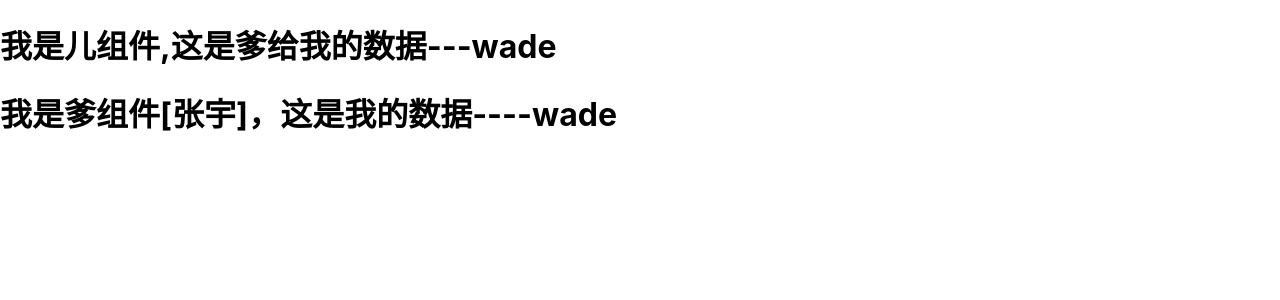
Repository: ZhangCoder0812/zf-react-project
Page: /
The author's editor kept a copy of each file at every save. The page is drawn from the files as they stood at one save, then again after the next save.
The browser window is 1280 px wide. The pictures show the whole page.
The project was rebuilt for these pictures with package versions that can differ from the ones it lists, and the page was loaded fresh each time.

Above is the page before, as saved 2021-05-17 10:58:22.

After the next save:
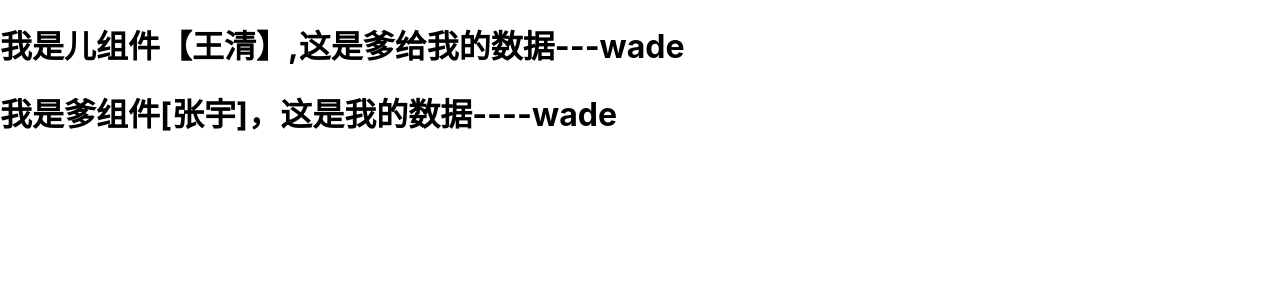
Saved 16 s later.
--- a/src/child.js
+++ b/src/child.js
@@ -5,7 +5,7 @@ function child(props) {
     let { data } = props;
     return (
         <div>
-            <h1>我是儿组件,这是爹给我的数据---{data}</h1>
+            <h1>我是儿组件【王清】,这是爹给我的数据---{data}</h1>
         </div>
     );
 }
